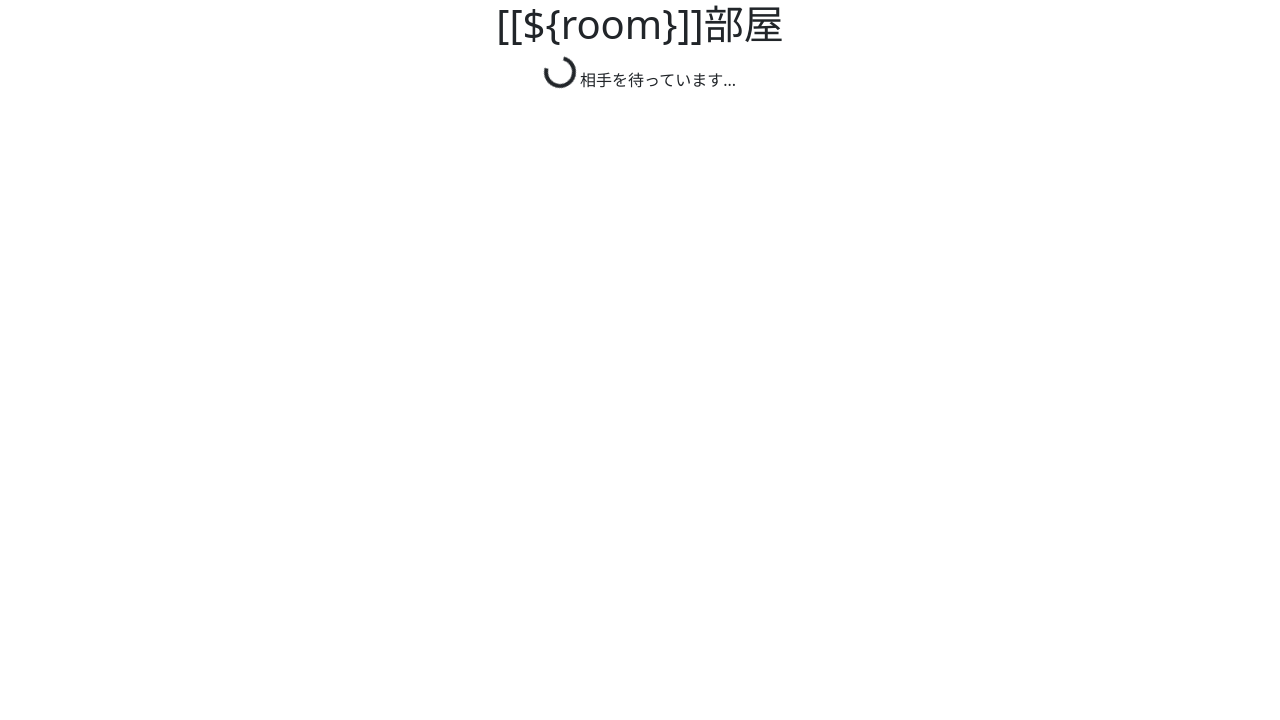
Repository: e1b21074/field_arena
Page: .log/field_arena/src/main/resources/templates/room.html
An editor plug-in stored every save of this project. The page is shown before and after the next save, followed by the edit.
The browser window is 1280 px wide. The pictures show the whole page.
The page's requests for data from a server got no answer.

Above is the page before, as saved 2024-01-05 23:50:46.

### .log/field_arena/src/main/resources/templates/room.html
<!DOCTYPE html>
<html lang="en">

<head>
  <meta charset="UTF-8">
  <meta name="viewport" content="width=device-width, initial-scale=1.0">

  <!-- bootstrap CSS -->
  <link href="https://cdn.jsdelivr.net/npm/bootstrap@5.0.2/dist/css/bootstrap.min.css" rel="stylesheet"
    integrity="sha384-EVSTQN3/azprG1Anm3QDgpJLIm9Nao0Yz1ztcQTwFspd3yD65VohhpuuCOmLASjC" crossorigin="anonymous">

  <title>カードゲーム</title>
  <script>
    window.onload=function(){
      var sse = new EventSource('/start');
        sse.onmessage=function(event){
          var game=JSON.parse(event.data);
          location.href = "/game?roomid=" + game.id;
        }
    }
  </script>
</head>
<body bgcolor="#10100E" text="#cccccc">
  <center>
    <h1 class="title">[[${room}]]部屋</h1>
    <div id="game">
      <nobr class="spinner-border" role="status">
        <span class="visually-hidden">Loading...</span>
      </nobr>
      相手を待っています...
    </div>
  </center>

  <script src="https://cdn.jsdelivr.net/npm/bootstrap@5.0.2/dist/js/bootstrap.bundle.min.js"
    integrity="sha384-MrcW6ZMFYlzcLA8Nl+NtUVF0sA7MsXsP1UyJoMp4YLEuNSfAP+JcXn/tWtIaxVXM"
    crossorigin="anonymous"></script>

</body>
</html>

After the next save:
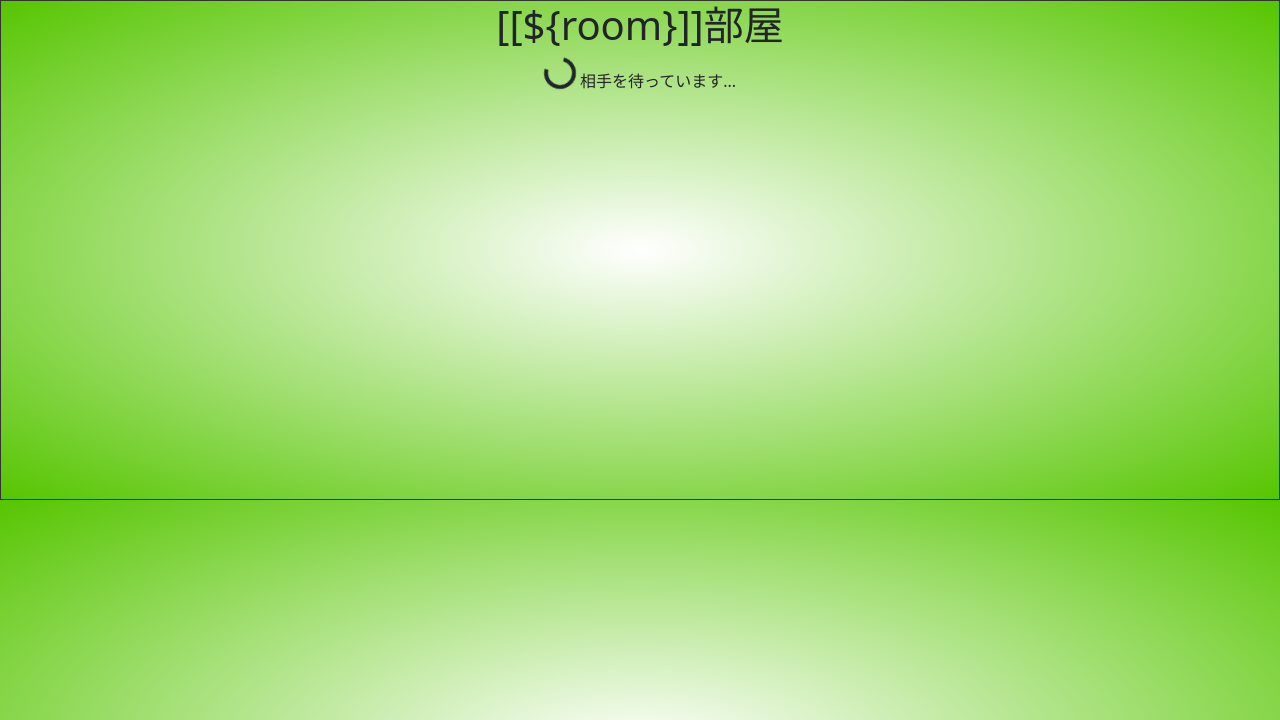
Saved 2 min 42 s later.
--- a/.log/field_arena/src/main/resources/templates/room.html
+++ b/.log/field_arena/src/main/resources/templates/room.html
@@ -19,10 +19,18 @@
         }
     }
   </script>
+
+  <style>
+  .gradient {
+    background:radial-gradient(#fff, #56C500);
+    height: 500px;
+    border: 1px solid #333;
+ }
+  </style>
 </head>
-<body bgcolor="#10100E" text="#cccccc">
+<body class="gradient">
   <center>
-    <h1 class="title">[[${room}]]部屋</h1>
+    <h1>[[${room}]]部屋</h1>
     <div id="game">
       <nobr class="spinner-border" role="status">
         <span class="visually-hidden">Loading...</span>
